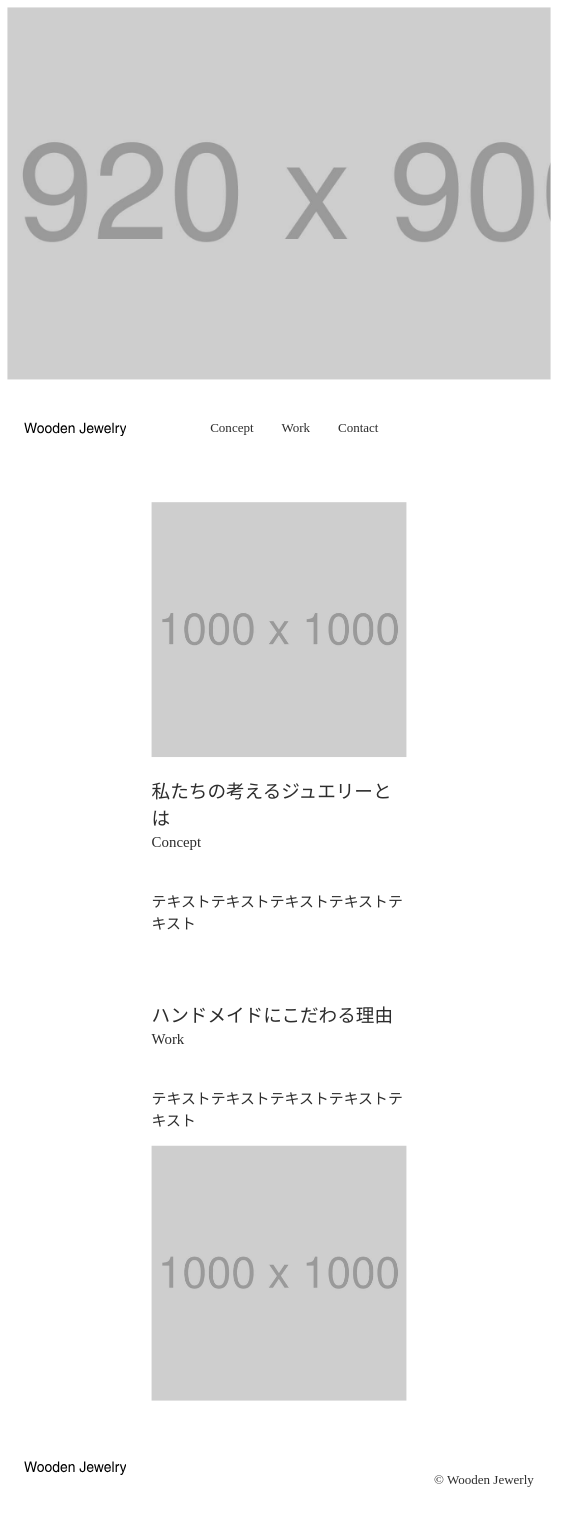
Repository: Fuki-san/jewelry
Page: http://localhost/jewelry
The author's editor kept a copy of each file at every save. The page is drawn from the files as they stood at one save, then again after the next save.
The browser window is 600 px wide. The page is 628 px wide, so the pictures cover 628 px, including what lies to the right of the window. The pictures show the whole page, at 93% of full size.
The page is served by the project's Laravel application, run on PHP 8.4 with Laravel 10.

Above is the page before, as saved 2023-11-26 15:10:40.

After the next save:
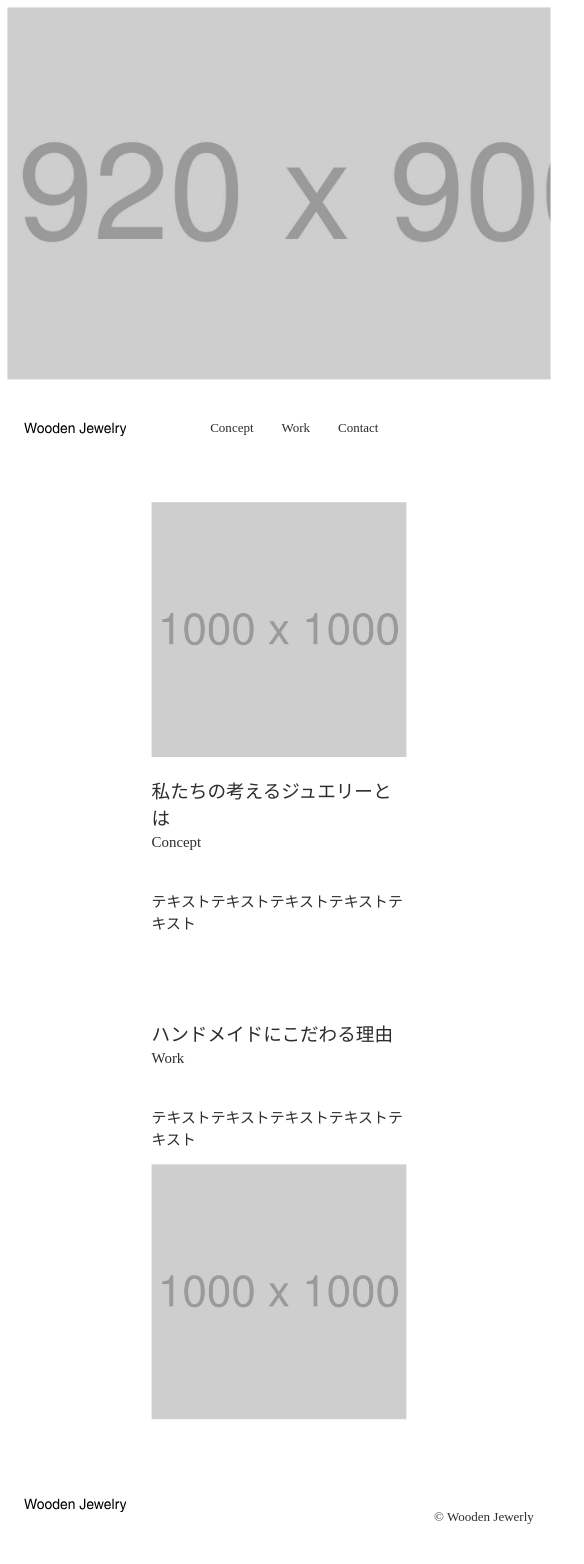
Saved 4 s later.
--- a/public/css/style.css
+++ b/public/css/style.css
@@ -121,6 +121,5 @@ img{
     }
     .content{
         flex-direction: column;
-        margin-bottom: 40px;
     }
 }
